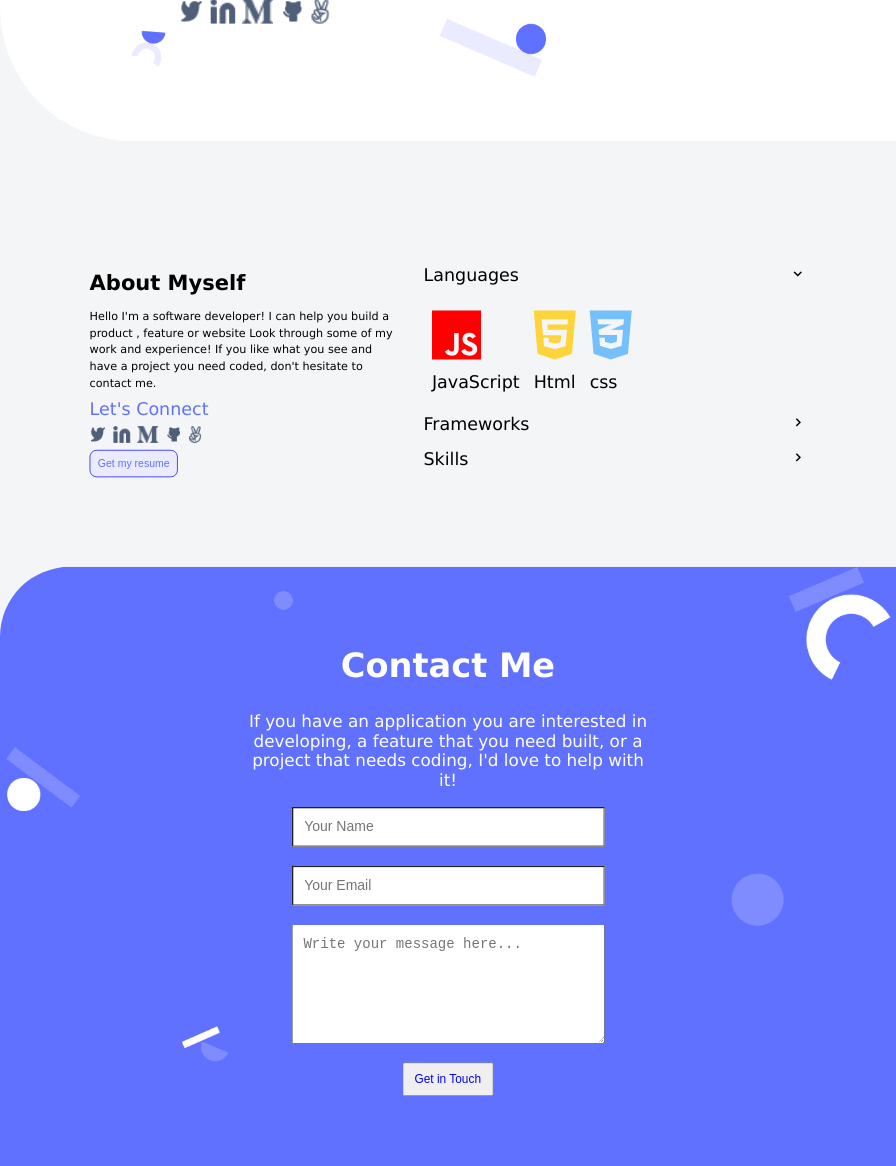
Repository: usman3123/portfolio-template-3
Page: index.html
An editor plug-in stored every save of this project. The page is shown before and after the next save, followed by the edit.
The browser window is 1280 px wide. The pictures show the part of the page from y = 644 to 2564 px (the page is 2310 px tall before and 4720 px after), at 70% of full size.
Some web libraries are served in a nearby version.

Above is the page before, as saved 2025-01-29 16:17:28.

### index.html
<!DOCTYPE html>
<html lang="en">
<head>
  <meta charset="UTF-8">
  <meta name="viewport" content="width=device-width, initial-scale=1.0">
  <title>project 2</title>
  <link rel="stylesheet" href="style.css">
  <link href='https://unpkg.com/boxicons@2.1.4/css/boxicons.min.css' rel='stylesheet'>
  <link rel="stylesheet" href="https://cdnjs.cloudflare.com/ajax/libs/font-awesome/6.6.0/css/all.min.css" integrity="sha512-Kc323vGBEqzTmouAECnVceyQqyqdsSiqLQISBL29aUW4U/M7pSPA/gEUZQqv1cwx4OnYxTxve5UMg5GT6L4JJg==" crossorigin="anonymous" referrerpolicy="no-referrer" />
  <link rel="stylesheet" href="https://cdnjs.cloudflare.com/ajax/libs/font-awesome/6.6.0/css/all.min.css" integrity="sha512-Kc323vGBEqzTmouAECnVceyQqyqdsSiqLQISBL29aUW4U/M7pSPA/gEUZQqv1cwx4OnYxTxve5UMg5GT6L4JJg==" crossorigin="anonymous" referrerpolicy="no-referrer" />

  <link rel="stylesheet" href="https://cdnjs.cloudflare.com/ajax/libs/font-awesome/6.7.2/css/all.min.css">
  <link rel="preconnect" href="https://fonts.googleapis.com">
<link rel="preconnect" href="https://fonts.gstatic.com" crossorigin>
<link href="https://fonts.googleapis.com/css2?family=Poppins:ital,wght@0,100;0,200;0,300;0,400;0,500;0,600;0,700;0,800;0,900;1,100;1,200;1,300;1,400;1,500;1,600;1,700;1,800;1,900&display=swap" rel="stylesheet">
</head>

<body>
<section class="webpage">
  <!-- Navbar -->

 <div class="hero-page">
  <div class="header-div">
    <nav class="nav-bar flex">
        <h4 class="nav-heading">My Logo</h4>
        <div class="nav-links flex">
            <a href="#myportfolio" class="link">Portfolo</a>
            <a href="myabout" class="link">About</a>
            <a href="mycontact" class="link" >Contact</a>
        </div>
        <i class="fa-solid fa-light fa-bars fa-xl " id="nav-icon"></i>
    </nav>
</div>

  <!-- Main Content -->
  <section id="myportfolio" class="hero-section flex">
    <div class="hero-content flex">
        <h1 class="hero-head"> I'm USMAN!
          Glad to see you.
      </h1>
      <p class="hero-p">
         I'm a software developer! I can help you build a product , feature or website Look through  some of my work and experience! If you like what you see and have a project you need coded, don’t hesitate to contact me.
      </p>
     <p class="let-connect"> LET'S CONNECT</p>

      <div class="icons flex">
          <img src="/assets/twitter.png" class="media-icon">
          <img src="assets/Linkedin.png" class="media-icon">
          <img src="assets/M.png" class="media-icon">
          <img src="assets/Github.png" class="media-icon">
          <img src="assets/V.png" class="media-icon">
      </div>
    </div>
  </section>

 </div>
  <!-- Cards Section -->

  <section class="cards flex">
  </section>


   <!-- ABOUT MYSELF -->

   <section id="myabout" class="about flex">

    <div class="about-intro flex">
      <h1 class="about-head">About Myself</h1>
      <p class="about-paragraph">Hello I'm a software developer! I can help you build a product , feature or website Look through some of my work and experience! If you like what you see and have a project you need coded, don't hesitate to contact me.</p>
        <p class="connect">Let's Connect</p>
        <div class="icons flex icon-gap">
          <img src="assets/twitter.png" class="twitter">
          <img src="assets/Linkedin.png" class="inimage">
          <img src="assets/M.png" class="mimage">
          <img src="assets/Github.png" class="tomimage">
          <img src="assets/V.png" class="protocol">
      </div>
      <button class="content-btn rsm-btn"> Get my resume</button>
    </div>

    <div class="about-skills flex">
      <div class="about-all flex">
        <p>Languages</p>
        <i class='bx bx-chevron-down'></i>
      </div>
      <div class="about-lang flex">
        <div class="about-lang-img flex">
          <i class="fa-brands fa-js sty-i" style="color: #ff0000;"></i>
          <p>JavaScript</p>
        </div>
        <div class="about-lang-img flex">
          <i class="fa-brands fa-html5 sty-i" style="color: #FFD43B;"></i>
          <p>Html</p>

        </div>
        <div class="about-lang-img flex">
          <i class="fa-brands fa-css3-alt sty-i" style="color: #74C0FC;"></i>
          <p>css</p>
        </div>
      </div>
      <div class="about-all flex">
        <p> Frameworks</p>
        <i class='bx bx-chevron-right'></i>
      </div>
      <div class="about-all flex">
        <p>Skills</p>
        <i class='bx bx-chevron-right'></i>
        </div>
        </div>
  </section>


  <!-- Contact section -->

    <section id="mycontact" class="contact-section flex">
    <h1 class="contact-heading">Contact Me</h1>
    <p class="contact-description flex">
        If you have an application you are interested in developing, a feature that you need built, or a project that needs coding, I'd love to help with it!
    </p>
    <form class="contact-form flex">
        <input class="form-input" type="text" placeholder="Your Name">
        <input class="form-input" type="email" placeholder="Your Email">
        <textarea class="form-message" placeholder="Write your message here..."></textarea>
        <button class="form-button flex">Get in Touch</button>
    </form>

</section>
</section>

<script src="index.js"></script>
</body>
</html>

### style.css
*{
    margin: 0;
    padding: 0;
    box-sizing: border-box;
}

body {
    font-family: Verdana, Geneva, Tahoma, sans-serif;
    background-color: #f4f5f7;
}

.flex {
    display: flex;
}

/* nav-bar */

.header-div {
    background-color: #3c3a39;
    width: 100%;
}

.nav-bar {
    justify-content: space-between;
    color: white;
    max-width: 1204px;
    align-items: center;
    padding: 10px 24px;
}

.nav-heading {
    font-size: 30px;
    padding-left: 120px;
}

.nav-links {
    gap: 40px;
    align-items: center;
    font-size: 25px;
    display: none;
}
.nav-icon {
    display: flex;
    width: 24px;
}


/* hero-section */

.hero-page {
    background-color: white;
    border-bottom-left-radius: 190px;
    background-image: url(/assets/Header\ bg@2x.png);
    background-size: contain;
    max-height: 846px;
    background-position: center;
    background-repeat: no-repeat;
    max-width: 1440px;
}
.hero-section {
    height: 846px;
    align-items: center;
    justify-content: center;
    padding-left: 20%;
}
.hero-content {
    flex-direction: column;
    gap: 20px;
}
.hero-head {
    font-size: 48px;
    font-weight: 700;
    width: 35%;
}

.hero-p {
    font-size: 25px;
    line-height: 28px;
    color: #344563;

    width: 73%;
}

.let-connect {
    color: #1d32f7;
    font-size: 20px;
    font-weight: 500;
    line-height: 24px;
}

.media-icon {
    height: 35px;
}

.icons {
    gap: 10px;
}

.nav-head {
    max-width: 1440px;
    width: 100%;
}
.enable {
    color: blue;
}
.link {
    color: white;
    text-decoration: none;
}

/* card-section */

.cards {
    flex-direction: column;
    align-items: center;
    gap:142px;
    padding: 24px;
}
.card {
    background-color: white;
    max-width: 1156px;
    max-height: 496px;
    width: 100%;
    padding: 24px;
    gap: 20px;
}
.card-img {
    max-width: 544px;
    width: 50%;
    border-radius:8px ;
}

.card-content {
    flex-direction: column;
    gap: 24px;
}

.card-head {
    font-size: 40px;
    font-weight: 700;
    line-height: 52px;
}
#photo-content {
    font-size: 40px;
    font-weight: 700;
    line-height: 52px;
}
.content-p {
    font-size: 20px;
    font-weight: 400;
    line-height: 24px;
}
.content-sp {
    font-size: 20px;
    font-weight: 400;
    line-height: 24px;
}

.languages {
    gap: 8px;
    align-items: center;
}

.lang {
    padding: 4px 12px;
    color: #6070ff;
    background-color: #ebebff;
    border-radius: 10px;
}

.content-btn {
    max-width: 126px;
    width: 100%;
    padding: 4px 12px;
    color: #6070ff;
    background-color: #ebebff;
    border-radius: 10px;
    padding: 10px;
    border: 1px solid blue;
    font-size: 15px;
}

/* about-section */

.about {
    padding: 10%;
    gap: 30px;
}

.about-intro {
    flex-direction: column;
    max-width: 447px;
    max-height: 331px;
    gap: 10px;
}

.about-head {
    font-size: 30px;
    font-weight: 700;
    line-height: 52px;
}
.about-paragraph {
    font-size: 16px;
    line-height: 24px;
}
.connect {
    color: #6070ff;
    font-size: 25px;
}

.about-skills {
    max-width: 684px;
    flex-direction: column;
    width: 100%;
    gap: 20px;
}

.about-all {
    justify-content: space-between;
    font-size: 25px;
}
.about-lang {
    gap: 20px;
    padding: 12px;
}
.about-lang-img {
    flex-direction: column;
    gap: 12px;
}
.sty-i {
    font-size: 80px;
}
.about-lang-img > p {
    font-size: 25px;
}
.contact-section {
    flex-direction: column;
    align-items: center;
    gap: 24px;
    background-color: #6070ff;
    background-image: url(/assets/contact\ form\ background\ shapes@2x.png);
    background-size: contain;
    background-repeat: no-repeat;
    border-top-left-radius: 100px;
    padding: 100px 24px;
}
.contact-heading {
    font-size: 3rem;
    font-weight: 700;
    line-height: 5.2rem;
    color: white;
}
.contact-description {
    max-width: 569px;
    font-size: 1.5rem;
    text-align: center;
    color: white;
    max-height: 137px;

}
.contact-form {
    gap: 27px;
    flex-direction: column;
    max-width: 447px;
    width: 100%;
    align-items: center;
}

.form-input {
    padding: 15px 16px;
    background-color: white;
    color: black;
    font-size: 20px;
    width: 100%;
}
.form-message {
    color: black;
    font-size: 20px;
    padding: 15px 16px;
    height: 170px;
    width: 100%;
}
.form-button {
    padding: 12px 15px;
    color: blue;
    font-size: 17px;
    font-weight: 500;
    align-items: center;
    width: 130px;
}








@media (max-width : 1100px) {
    .hero-head {
        width: 53%;
    }
    .card-head {
        font-size: 2rem;
    }
    #photo-head {
        font-size: 27px;
    }
    .content-p {
        font-size: 15px;
    }
    .content-sp {
        font-size: 15px;
        display: none;
    }
    .card-content {
        gap: 20px;
    }

}
@media (max-width :870px) {
    .card {
        flex-direction: column;
        max-height: 552px;
        padding: 16px;
    }
    .card {
        max-width: 327px;
    }
    .about {
        flex-direction: column;
    }
    .nav-heading {
        padding-left: 0px;
    }


}
@media (max-width : 870px) {
    .hero-head {
        width: 100%;
    }
    .hero-section {
        padding: 24px;
    }
    .hero-p {
        width: 100%;
    }
    .card-img {
        width: 100%;
        height: 18vh;
    }
    .card-content {
        gap: 2px;
    }
}
@media (min-width : 700px) {
    .nav-links {
        display: flex;
    }
    #nav-icon {
        display: none;
    }

}
@media (min-width : 1441px) {
    .card-content {
        gap: 30px;
    }
}

Loaded but not shown: index.js (no stored copy; drawn as an empty file)

After the next save:
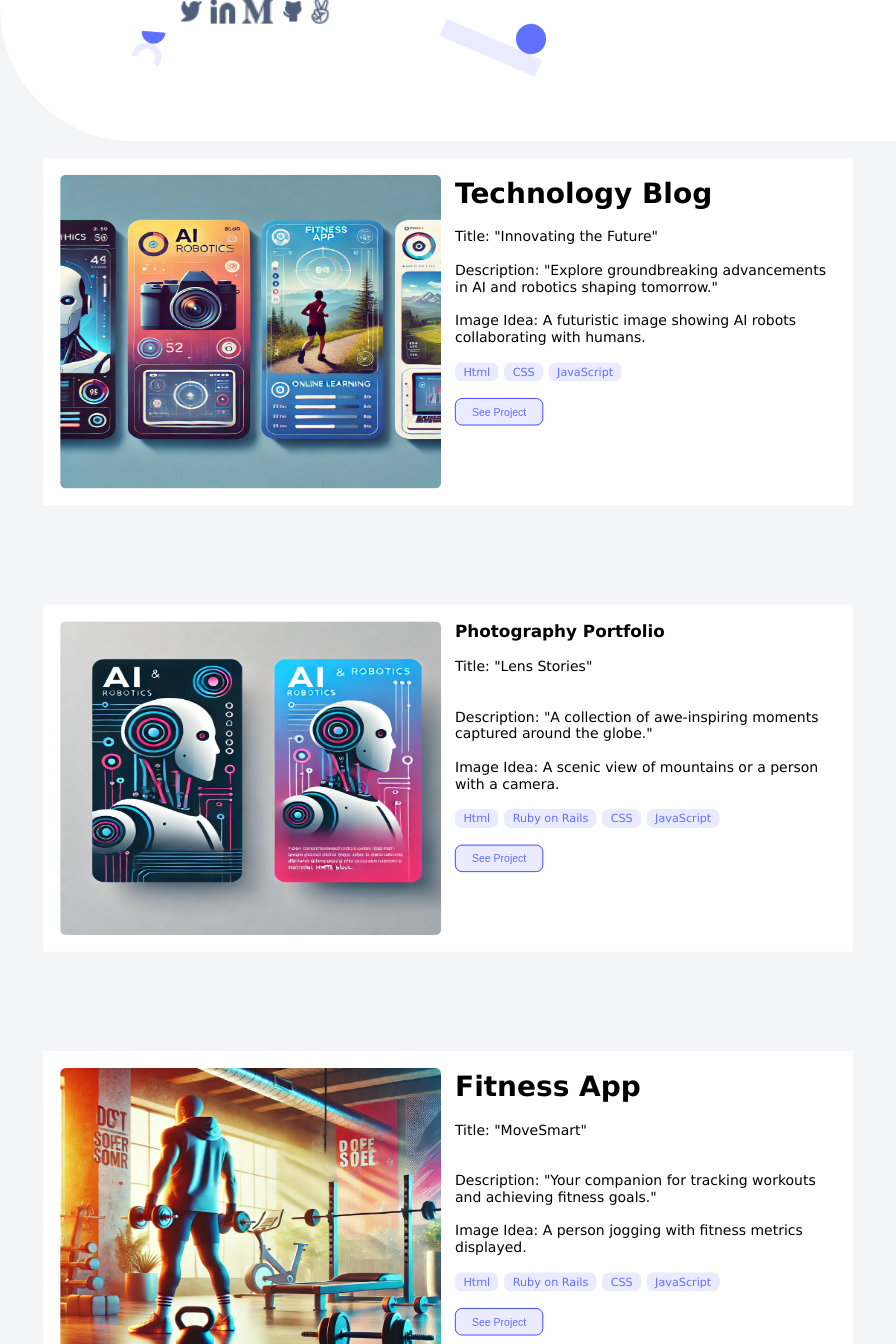
Saved 82 s later.
--- a/index.html
+++ b/index.html
@@ -57,6 +57,70 @@
   <!-- Cards Section -->
 
   <section class="cards flex">
+    <div class="card flex">
+      <img class="card-img" src="/assets/card-1img.webp" alt="CARD_!_IMG">
+      <div class="card-content flex">
+        <h2 class="card-head">Technology Blog</h2>
+        <p class="content-p">Title: "Innovating the Future"</p>
+        <p class="content-sp">Description: "Explore groundbreaking advancements in AI and robotics shaping tomorrow."</p>
+        <p class="content-p">Image Idea: A futuristic image showing AI robots collaborating with humans.</p>
+        <div class="languages flex">
+          <p class="lang">Html</p>
+          <p class="lang">CSS</p>
+          <p class="lang">JavaScript</p>
+        </div>
+        <button class="content-btn">See Project</button>
+      </div>
+    </div>
+    <div class="card flex">
+      <img class="card-img" src="/assets/card-2img.webp" alt="CARD_!_IMG">
+      <div class="card-content flex">
+        <h2 id="photo-head">Photography Portfolio</h2>
+        <p class="content-p">Title: "Lens Stories"<p>
+        <p class="content-sp">Description: "A collection of awe-inspiring moments captured around the globe."</p>
+        <p class="content-p">Image Idea: A scenic view of mountains or a person with a camera.
+        </p>
+        <div class="languages flex">
+          <p class="lang">Html</p>
+          <p class="lang">Ruby on Rails</p>
+          <p class="lang">CSS</p>
+          <p class="lang">JavaScript</p>
+        </div>
+        <button class="content-btn">See Project</button>
+      </div>
+    </div>
+    <div class="card flex">
+      <img class="card-img" src="/assets/card-3img.webp" alt="CARD_!_IMG">
+      <div class="card-content flex">
+        <h2 class="card-head">Fitness App</h2>
+        <p class="content-p">Title: "MoveSmart"<p>
+        <p class="content-sp">Description: "Your companion for tracking workouts and achieving fitness goals."</p>
+        <p class="content-p">Image Idea: A person jogging with fitness metrics displayed.</p>
+        <div class="languages flex">
+          <p class="lang">Html</p>
+          <p class="lang">Ruby on Rails</p>
+          <p class="lang">CSS</p>
+          <p class="lang">JavaScript</p>
+        </div>
+        <button class="content-btn">See Project</button>
+      </div>
+    </div>
+    <div class="card flex">
+      <img class="card-img" src="/assets/card-4img.webp" alt="CARD_!_IMG">
+      <div class="card-content flex">
+        <h2 class="card-head">Online Learning</h2>
+        <p class="content-p">Title: "Skillify"p>
+        <p class="content-sp">Description: "Join courses from world-class instructors and master new skills."</p>
+        <p class="content-p">Image Idea: A laptop with an open notebook and a student studying.</p>
+        <div class="languages flex">
+          <p class="lang">Html</p>
+          <p class="lang">Ruby on Rails</p>
+          <p class="lang">CSS</p>
+          <p class="lang">JavaScript</p>
+        </div>
+        <button class="content-btn">See Project</button>
+      </div>
+    </div>
   </section>
 
 

After the save that followed:
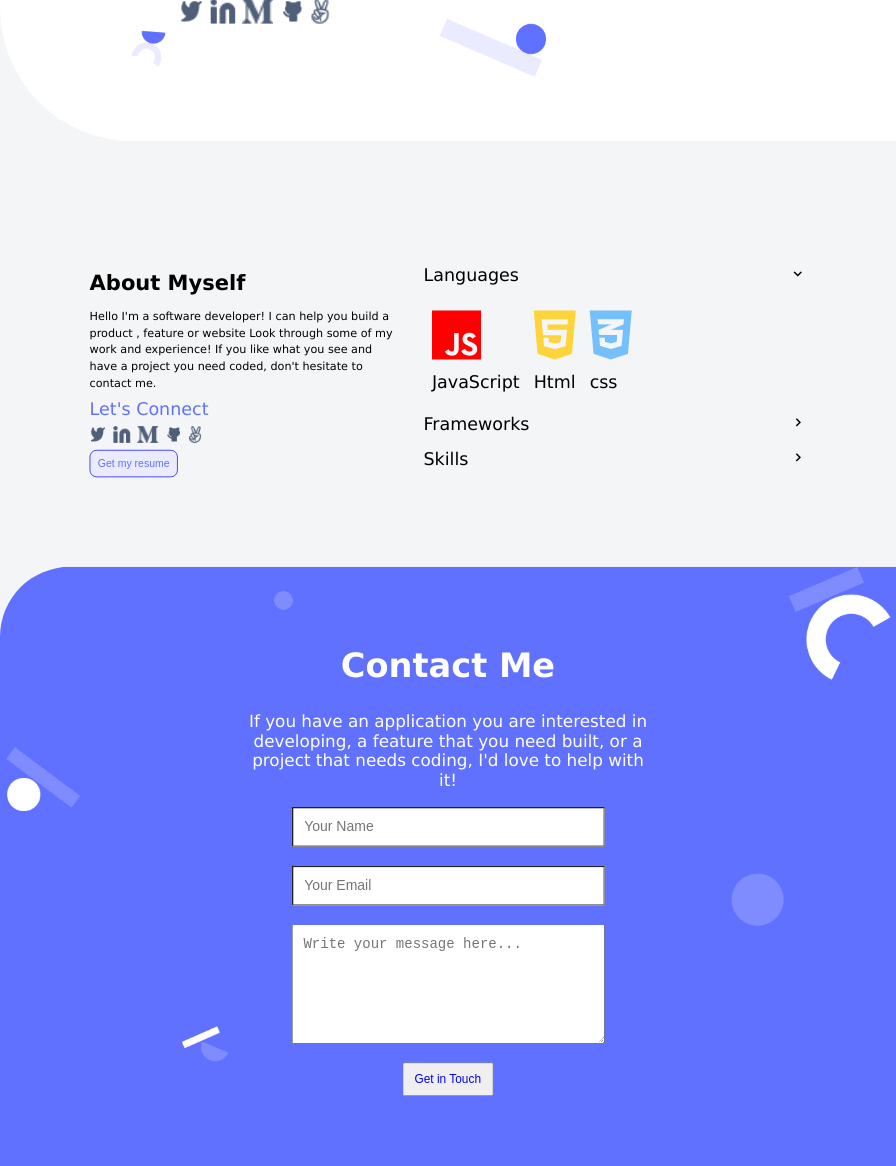
Saved 14 s later.
--- a/index.html
+++ b/index.html
@@ -57,70 +57,7 @@
   <!-- Cards Section -->
 
   <section class="cards flex">
-    <div class="card flex">
-      <img class="card-img" src="/assets/card-1img.webp" alt="CARD_!_IMG">
-      <div class="card-content flex">
-        <h2 class="card-head">Technology Blog</h2>
-        <p class="content-p">Title: "Innovating the Future"</p>
-        <p class="content-sp">Description: "Explore groundbreaking advancements in AI and robotics shaping tomorrow."</p>
-        <p class="content-p">Image Idea: A futuristic image showing AI robots collaborating with humans.</p>
-        <div class="languages flex">
-          <p class="lang">Html</p>
-          <p class="lang">CSS</p>
-          <p class="lang">JavaScript</p>
-        </div>
-        <button class="content-btn">See Project</button>
-      </div>
-    </div>
-    <div class="card flex">
-      <img class="card-img" src="/assets/card-2img.webp" alt="CARD_!_IMG">
-      <div class="card-content flex">
-        <h2 id="photo-head">Photography Portfolio</h2>
-        <p class="content-p">Title: "Lens Stories"<p>
-        <p class="content-sp">Description: "A collection of awe-inspiring moments captured around the globe."</p>
-        <p class="content-p">Image Idea: A scenic view of mountains or a person with a camera.
-        </p>
-        <div class="languages flex">
-          <p class="lang">Html</p>
-          <p class="lang">Ruby on Rails</p>
-          <p class="lang">CSS</p>
-          <p class="lang">JavaScript</p>
-        </div>
-        <button class="content-btn">See Project</button>
-      </div>
-    </div>
-    <div class="card flex">
-      <img class="card-img" src="/assets/card-3img.webp" alt="CARD_!_IMG">
-      <div class="card-content flex">
-        <h2 class="card-head">Fitness App</h2>
-        <p class="content-p">Title: "MoveSmart"<p>
-        <p class="content-sp">Description: "Your companion for tracking workouts and achieving fitness goals."</p>
-        <p class="content-p">Image Idea: A person jogging with fitness metrics displayed.</p>
-        <div class="languages flex">
-          <p class="lang">Html</p>
-          <p class="lang">Ruby on Rails</p>
-          <p class="lang">CSS</p>
-          <p class="lang">JavaScript</p>
-        </div>
-        <button class="content-btn">See Project</button>
-      </div>
-    </div>
-    <div class="card flex">
-      <img class="card-img" src="/assets/card-4img.webp" alt="CARD_!_IMG">
-      <div class="card-content flex">
-        <h2 class="card-head">Online Learning</h2>
-        <p class="content-p">Title: "Skillify"p>
-        <p class="content-sp">Description: "Join courses from world-class instructors and master new skills."</p>
-        <p class="content-p">Image Idea: A laptop with an open notebook and a student studying.</p>
-        <div class="languages flex">
-          <p class="lang">Html</p>
-          <p class="lang">Ruby on Rails</p>
-          <p class="lang">CSS</p>
-          <p class="lang">JavaScript</p>
-        </div>
-        <button class="content-btn">See Project</button>
-      </div>
-    </div>
+
   </section>
 
 
